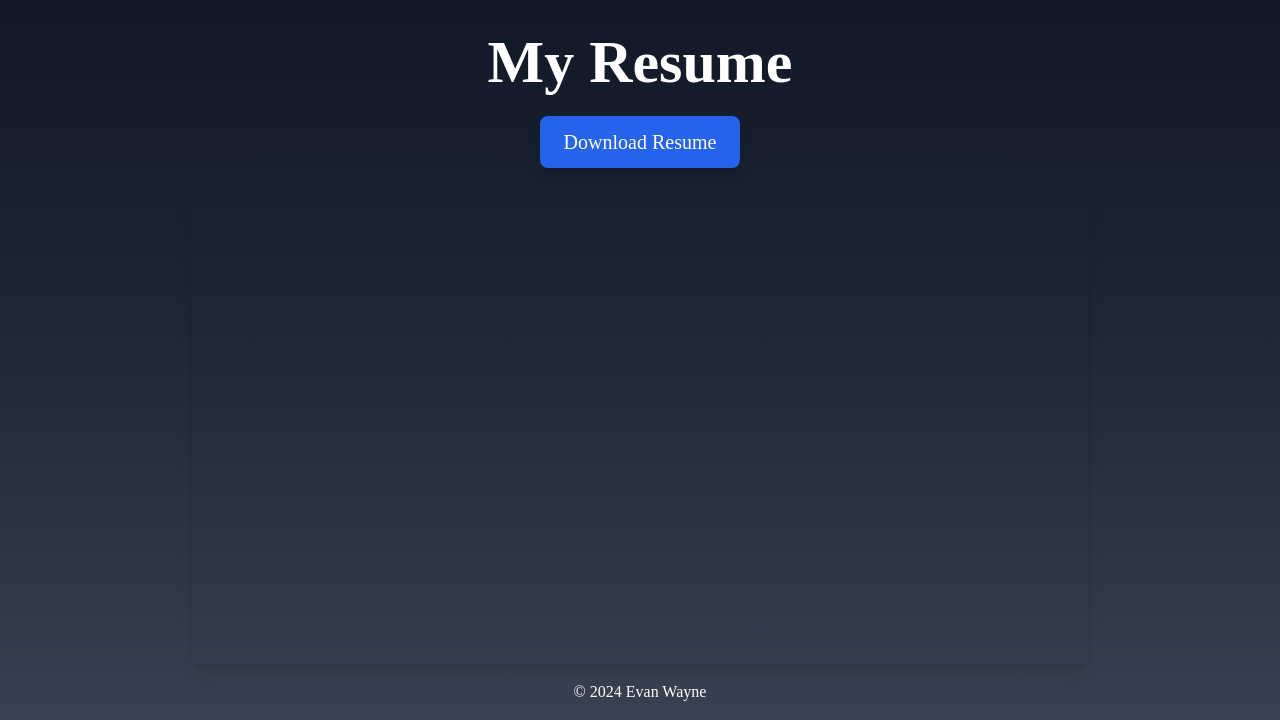
Repository: evnwyn/Evan-Wayne-s-Portfolio
Page: /resume
An editor plug-in stored every save of this project. The page is shown before and after the next save, followed by the edit.
The browser window is 1280 px wide. The pictures show the whole page.
The project was rebuilt for these pictures with package versions that can differ from the ones it lists, and the page was loaded fresh each time. The framework's server and built-in components were replaced by stand-ins that run in the browser. Also part of the build but not shown: next.config.js.

Above is the page before, as saved 2024-10-09 20:58:30.

### src/app/layout.tsx
// app/layout.tsx

import '~/styles/globals.css'; // Import your global styles
import { type Metadata } from 'next';
import { ReactNode } from 'react';

export const metadata: Metadata = {
  title: 'Evan Wayne | Portfolio',
  description: 'This is my personal portfolio website',
  icons: [{ rel: 'icon', url: '/favicon.ico' }],
};

export default function RootLayout({ children }: { children: ReactNode }) {
  return (
    <html lang="en">
      <body className="min-h-screen flex flex-col bg-gradient-to-b from-gray-900 via-gray-800 to-gray-700">
        {/* Main content area, flex-grow ensures this stretches to fill the viewport */}
        <main className="flex-grow flex flex-col">{children}</main>
        <footer className="text-center text-white py-4">
          © {new Date().getFullYear()} Evan Wayne
        </footer>
      </body>
    </html>
  );
}

### src/app/resume/page.tsx
// app/resume/page.tsx

import React from 'react';

export default function Resume() {
  return (
    <div className="flex-grow flex flex-col items-center justify-center w-full">
      <div className="flex flex-col items-center pt-8 pb-4">
        <h1 className="text-6xl font-bold text-white transition-all duration-500 hover:text-gray-300">
          My Resume
        </h1>
        <a
          href="/Evan Wayne's Resume 09:10:2024.pdf" // Make sure this points to the correct file
          download
          className="bg-blue-600 text-white text-xl px-6 py-3 rounded-lg shadow-lg transform hover:bg-blue-700 hover:scale-110 transition-transform duration-500 ease-out hover:shadow-xl mt-6"
        >
          Download Resume
        </a>
      </div>

      <div className="flex-grow flex justify-center items-center w-full">
        <iframe
          src="/Evan Wayne's Resume 09:10:2024.pdf"
          className="w-full h-full max-w-4xl border-0 shadow-lg"
          title="Resume PDF"
        />
      </div>
    </div>
  );
}

### src/styles/globals.css
@tailwind base;
@tailwind components;
@tailwind utilities;

/* Eliminate margin, padding, and overflow issues */
html, body {
  height: 100%;
  margin: 0;
  padding: 0;
  overflow: hidden; /* Hide any potential overflow */
}

/* Make sure the Next.js root div takes up full height */
#__next {
  min-height: 100%;
  display: flex;
  flex-direction: column;
  justify-content: flex-start; /* Ensure content starts from the top */
}

/* Ensure main content stretches to fill the remaining space */
main {
  flex-grow: 1;
  display: flex;
  flex-direction: column;
}

/* Reset margins and paddings */
* {
  margin: 0;
  padding: 0;
  box-sizing: border-box;
}

Loaded but not shown: tailwind.config.ts (common file)

After the next save:
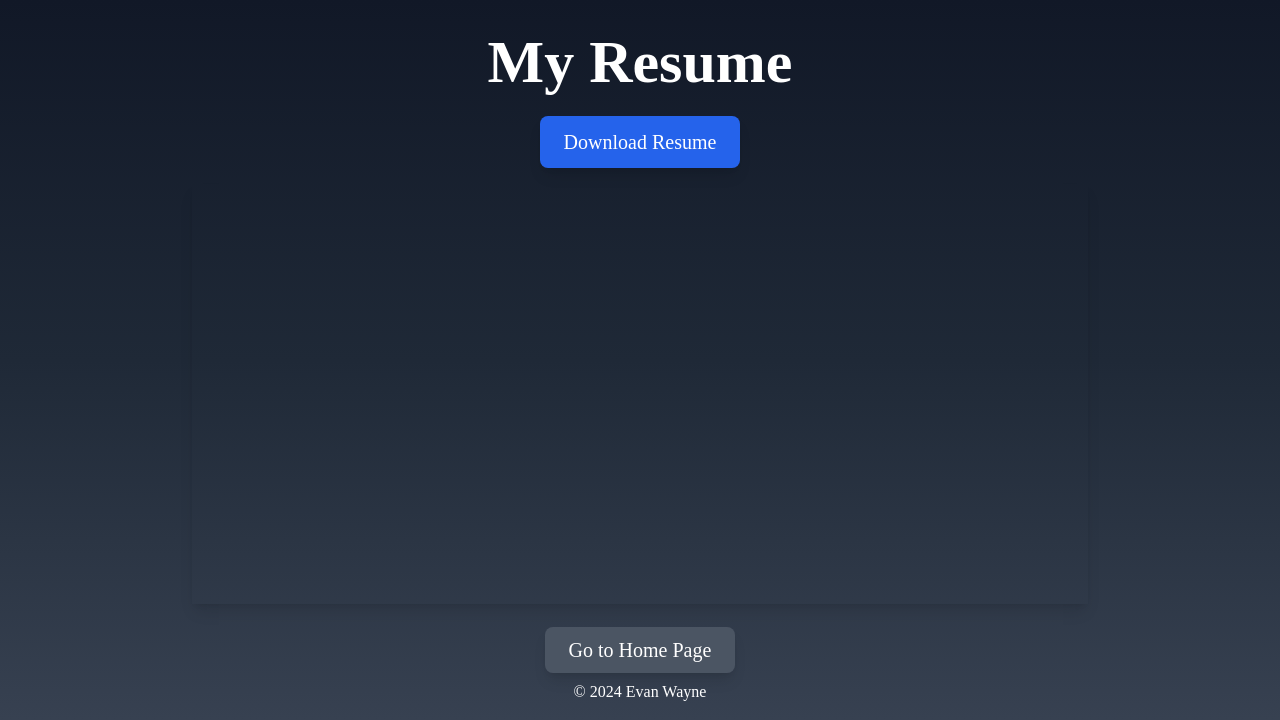
Saved 60 s later.
--- a/src/app/resume/page.tsx
+++ b/src/app/resume/page.tsx
@@ -1,16 +1,17 @@
 // app/resume/page.tsx
 
 import React from 'react';
+import Link from 'next/link'; // Import the Link component
 
 export default function Resume() {
   return (
-    <div className="flex-grow flex flex-col items-center justify-center w-full">
+    <div className="flex flex-col items-center justify-center flex-grow w-full">
       <div className="flex flex-col items-center pt-8 pb-4">
         <h1 className="text-6xl font-bold text-white transition-all duration-500 hover:text-gray-300">
           My Resume
         </h1>
         <a
-          href="/Evan Wayne's Resume 09:10:2024.pdf" // Make sure this points to the correct file
+          href="/Evan Wayne's Resume 09:10:2024.pdf" // Ensure this points to the correct file
           download
           className="bg-blue-600 text-white text-xl px-6 py-3 rounded-lg shadow-lg transform hover:bg-blue-700 hover:scale-110 transition-transform duration-500 ease-out hover:shadow-xl mt-6"
         >
@@ -25,6 +26,15 @@ export default function Resume() {
           title="Resume PDF"
         />
       </div>
+
+      {/* Home button */}
+      <div className="mt-8">
+        <Link href="/" passHref>
+          <a className="bg-gray-600 text-white text-xl px-6 py-3 rounded-lg shadow-lg transform hover:bg-gray-700 hover:scale-110 transition-transform duration-500 ease-out">
+            Go to Home Page
+          </a>
+        </Link>
+      </div>
     </div>
   );
 }
